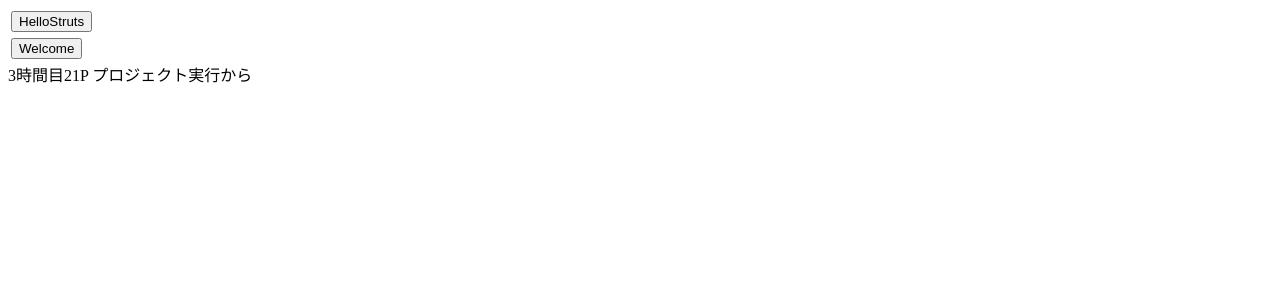
Repository: 1209mori05/test
Page: http://localhost/WebProj3/
These files come from the project's save history. The page is drawn as it stood at one moment and after the next save; the edit follows.
The browser window is 1280 px wide. The pictures show the whole page.
The page is served by Tomcat 9. Other server files are loaded and not shown.

Above is the page before, as saved 2018-03-15 01:49:23.

### WebProj3/WebContent/index.jsp
<%@ page language="java" contentType="text/html; charset=UTF-8"
    pageEncoding="UTF-8"%>
<%@ taglib prefix="s" uri="/struts-tags" %>
<!DOCTYPE html>
<html>
<head>
<meta charset="UTF-8">
<title>INDEX</title>
</head>
<body>
	<s:form action="HelloStrutsAction">
		<s:submit value="HelloStruts" />
	</s:form>

	<s:form action="WelcomeAction">
		<s:submit value="Welcome" />
	</s:form>

	3時間目21P プロジェクト実行から

</body>
</html>

After the next save:
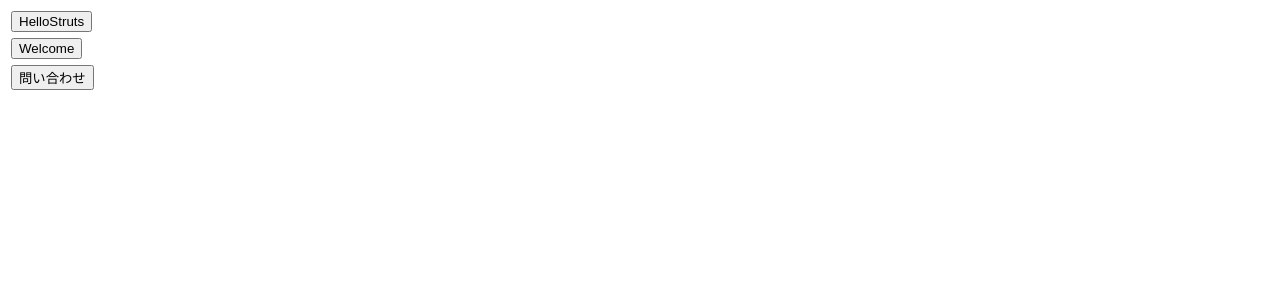
Saved 60 s later.
--- a/WebProj3/WebContent/index.jsp
+++ b/WebProj3/WebContent/index.jsp
@@ -16,7 +16,9 @@
 		<s:submit value="Welcome" />
 	</s:form>
 
-	3時間目21P プロジェクト実行から
+	<s:form action="InquiryAction">
+		<s:submit value="問い合わせ" />
+	</s:form>
 
 </body>
 </html>
